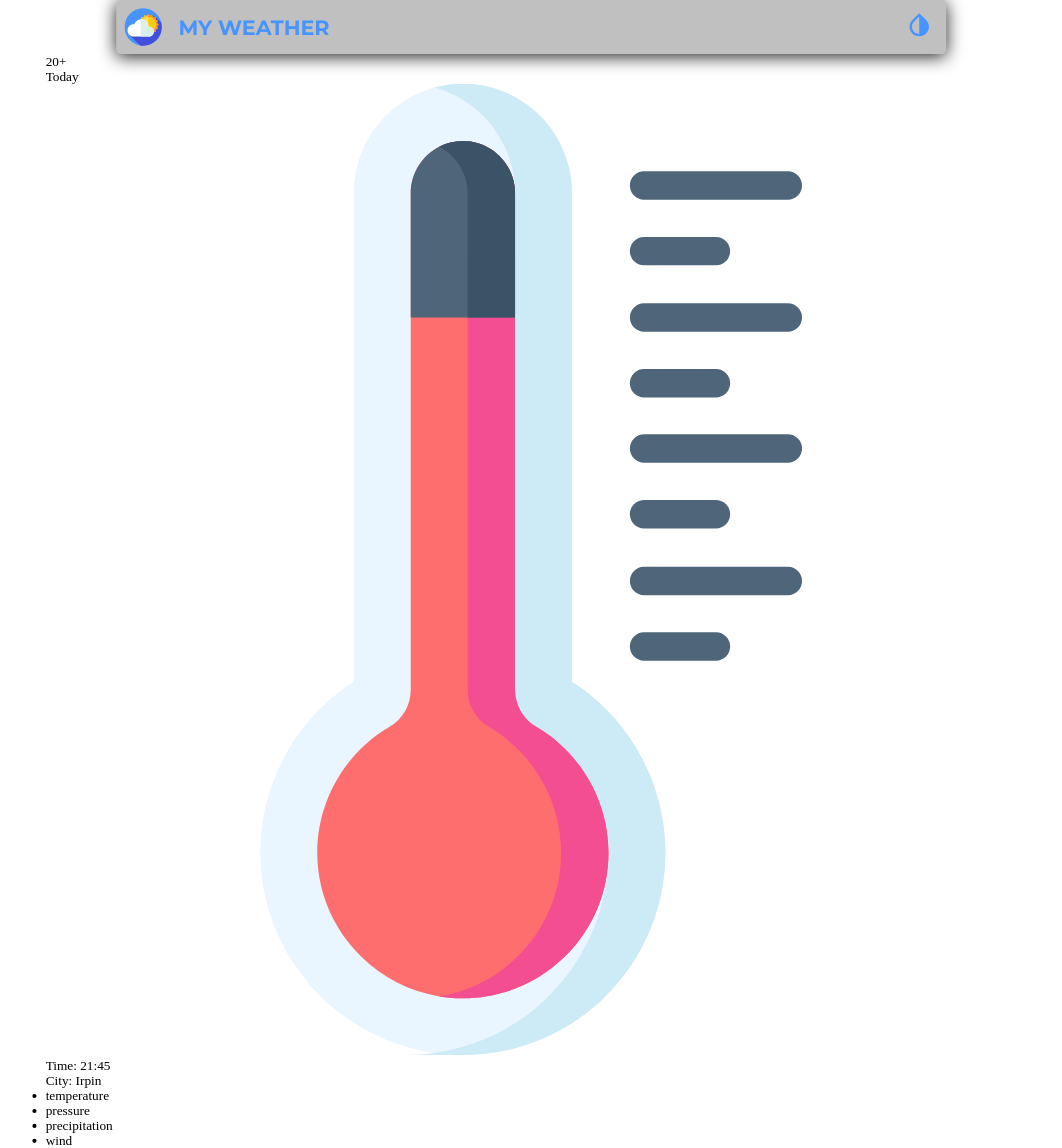
Repository: YuraKrvz/my_weather2
Page: /
The author's editor kept a copy of each file at every save. The page is drawn from the files as they stood at one save, then again after the next save.
The browser window is 1280 px wide. The pictures show the whole page, at 83% of full size.
The project was rebuilt for these pictures with package versions that can differ from the ones it lists, and the page was loaded fresh each time. Also part of the build but not shown: src/components/MyWeather/MyWeather.module.css.

Above is the page before, as saved 2022-01-25 18:05:53.

### src/index.css
@import url('https://fonts.googleapis.com/css2?family=Montserrat:wght@300;400;500;600;700&display=swap');
*,
*:after,
*:before{
  box-sizing: border-box;
  margin: 0;
  padding: 0;
}
body{
  background-color: var(--body-background);
}
:root{
  --color-default-blue: #4793FF;
}
.container{
  max-width: 1200px;
  margin: 0 auto;
  padding: 0 15px;
}
html[data-theme='true']{
  --body-background: #fff;
  --components-background: silver;
  --card-background: rgba(71, 147, 255, 0.2);
  --card-shadow: 0px 3px 20px rgba(5, 5, 5, 0.9);

  --text-color: #000;
}
html[data-theme='false']{
  --body-background: #0d1117;
  --components-background: #4f4f4f;
  --card-background: #2e3035;
  --card-shadow: 0px 3px 20px rgba(147, 144, 144, 0.9);
  --text-color: #fff;
}

### src/App.js
import Header from './components/Header/Header';
import MyWeather from './components/MyWeather/MyWeather';

export default function App() {

  return (
    <div className='container'>
     <Header />
     <MyWeather />

    </div>
  );
};

### src/components/header/Header.jsx
import React from 'react';
import useTheme from '../../hooks/useTheme';
import s from './Header.module.css';
import {GeneratorSvgIcon} from '../../assets/GeneratorSvgIcon.js';

export default function Header() {
  const {theme, setTheme} = useTheme();

  return (
   <header className={s.wrap__header}>
      <div className={s.inner}>
         <GeneratorSvgIcon className={s.logo__img} id='header-logo' />
         <h1 className={s.header__logo_text}>My weather</h1>
      </div>
      <span onClick={()=> setTheme(!theme)} >
         <GeneratorSvgIcon className={s.logo__img} id='change-theme'/>
      </span>
   </header>
  );
}

### src/components/MyWeather/MyWeather.jsx
import React from 'react';
import { GeneratorSvgIcon } from '../../assets/GeneratorSvgIcon';
import s from './MyWeather.module.css';

export default function MyWeather() {
  return (
   <section className={s.wrapper}>
      <div className={s.main}>
         <span>
            <span>
               <p className={s.temp__main}>20+</p>
               <p className={s.day}>Today</p>
            </span>
            <GeneratorSvgIcon id='temp' />
         </span>
         <p className={s.time}>Time: 21:45</p>
         <p className={s.city}>City: Irpin</p>
      </div>
      <div className={s.description}>
         <ul className={s.list}>
            <li className={s.temp__description}>temperature</li>
            <li className={s.pressure}>pressure</li>
            <li className={s.precipitation}>precipitation</li>
            <li className={s.wind}>wind</li>
         </ul>
      </div>
   </section>
  );
}

### src/hooks/useTheme.js
import {useState, useLayoutEffect} from 'react';

export default function useTheme() {
   const [theme, setTheme] = useState(true);

   useLayoutEffect( ()=>{
      document.documentElement.setAttribute('data-theme', theme);
   }, [theme] )

   return {theme, setTheme};
}

### src/components/header/Header.module.css
.wrap__header{
   display: flex;
   justify-content: space-between;
   align-items: center;
   background-color: var(--components-background);
   box-shadow: var(--card-shadow);
   border-radius: 5px;
   padding: 10px;
   margin: 0 auto;
   width: 1000px;
   height: 65px;
   left: 360px;
   top: 20px;
}
.inner{
   display: flex;
   align-items: center;
}
.logo__img{
   width: 45px;
}
.header__logo_text{
   margin-left: 20px;
   width: 230px;
   height: 30px;
   font-style: normal;
   font-weight: bold;
   font-size: 25px;
   line-height: 30px;
   text-transform: uppercase;
   font-family: Montserrat;
   color: var(--color-default-blue);
}
.button__theme{

}

Loaded but not shown: public/index.html (common file); src/index.js (common file); src/assets/GeneratorSvgIcon.js (401 lines, source omitted)

After the next save:
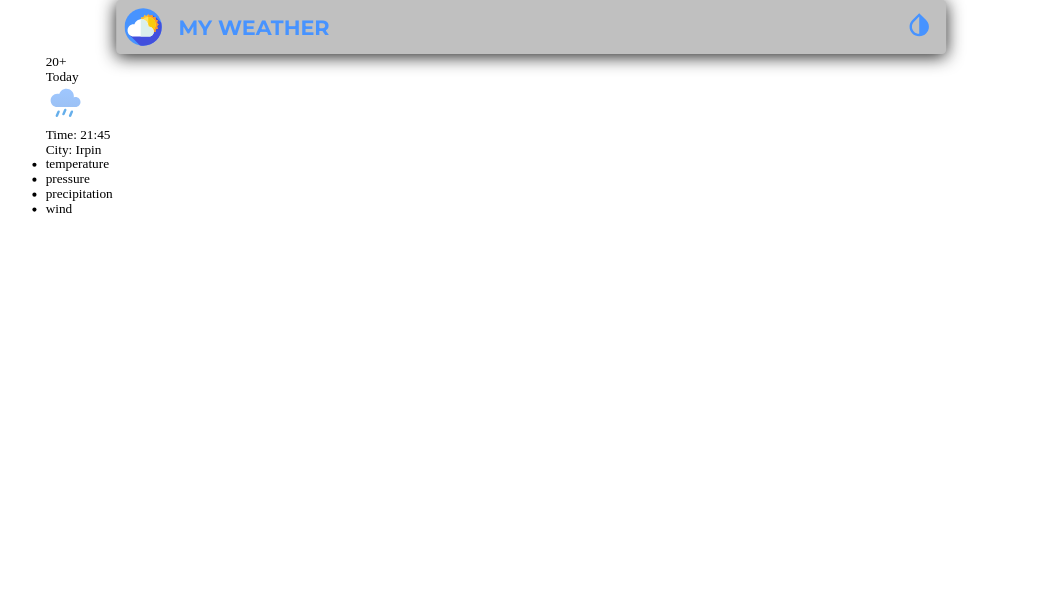
Saved 16 s later.
--- a/src/components/MyWeather/MyWeather.jsx
+++ b/src/components/MyWeather/MyWeather.jsx
@@ -11,7 +11,7 @@
                <p className={s.temp__main}>20+</p>
                <p className={s.day}>Today</p>
             </span>
-            <GeneratorSvgIcon id='temp' />
+            <GeneratorSvgIcon id='rain' />
          </span>
          <p className={s.time}>Time: 21:45</p>
          <p className={s.city}>City: Irpin</p>
